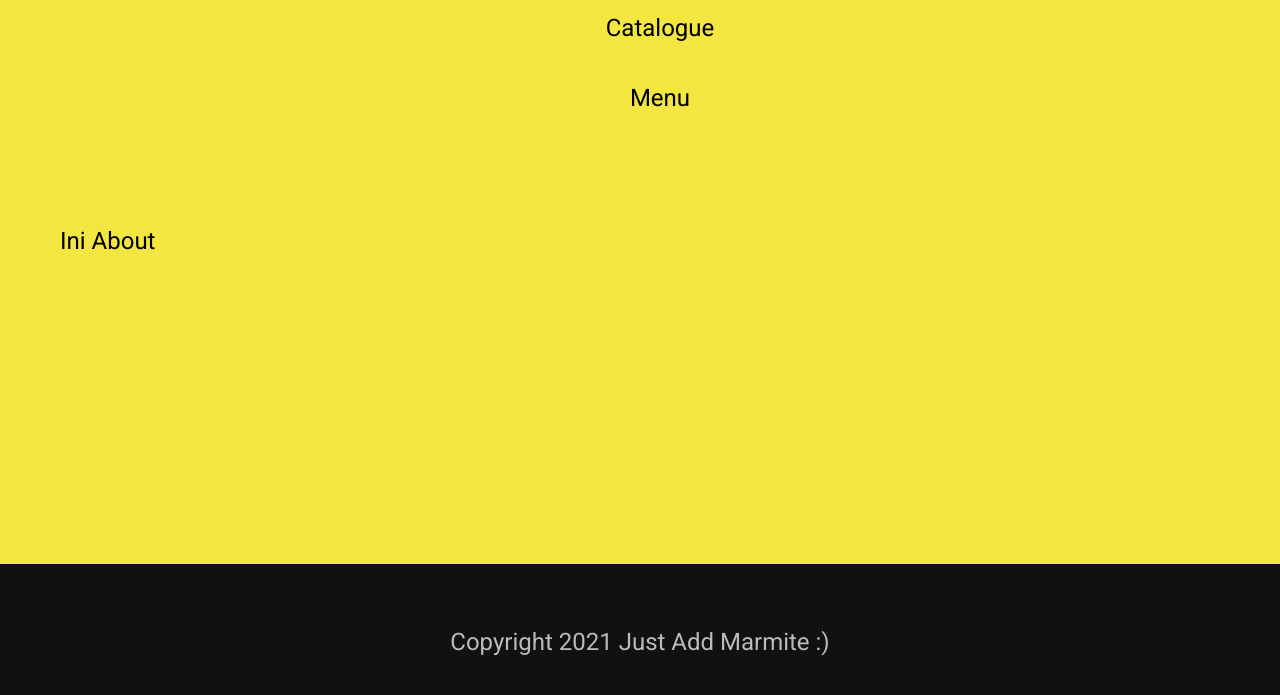
Repository: Fauzaanmhmd/Skripsi
Page: /about/about
The author's editor kept a copy of each file at every save. The page is drawn from the files as they stood at one save, then again after the next save.
The browser window is 1280 px wide. The pictures show the whole page.
The project was rebuilt for these pictures with package versions that can differ from the ones it lists, and the page was loaded fresh each time. The framework's server and built-in components were replaced by stand-ins that run in the browser. Also part of the build but not shown: next.config.js.

Above is the page before, as saved 2021-05-24 20:58:28.

After the next save:
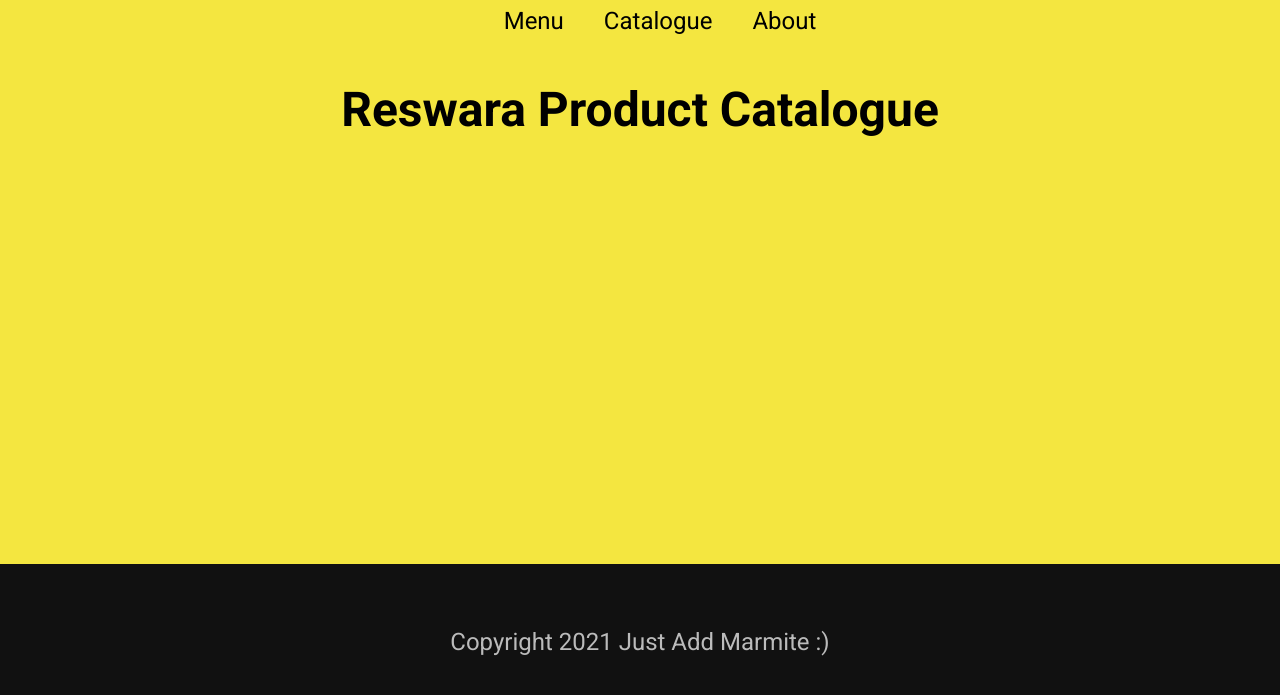
Saved 16 s later.
--- a/styles/globals.css
+++ b/styles/globals.css
@@ -57,19 +57,14 @@ footer {
 .navbar {
   display: flex;
   justify-content: center;
+  height: 100px;
   align-items: center;
-  z-index: 999;
-  margin-bottom: 150px;
-}
-.navbar_menu{
-  display: flex;
   background-color: #F4E640;
-  justify-content: center;
-  align-items: center;
   position: fixed;
   flex-direction: column-reverse;
+  z-index: 999;
   width: 100%;
-  height: 100px;
+  margin-bottom: 150px;
 }
 
 ul{
